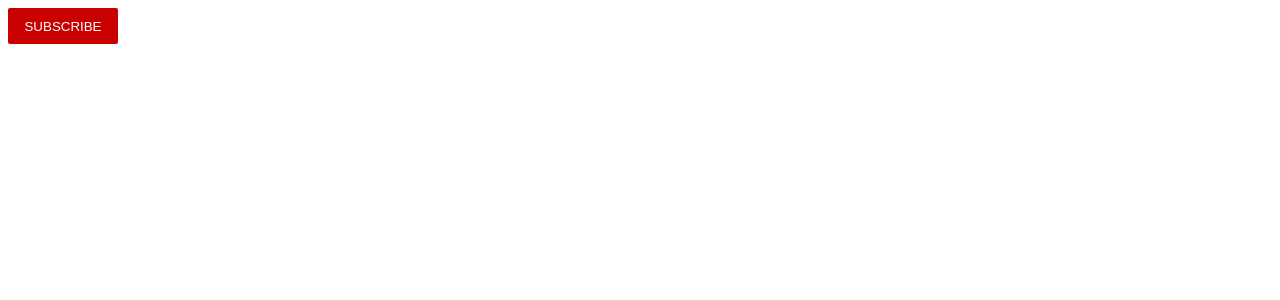
Repository: Kurumilli/Youtube
Page: buttons.html
The author's editor kept a copy of each file at every save. The page is drawn from the files as they stood at one save, then again after the next save.
The browser window is 1280 px wide. The pictures show the whole page.

Above is the page before, as saved 2025-01-23 20:02:20.

### buttons.html
<html>
<body>
<style>
.subscribe{
    background-color: rgb(200, 0, 0);
    border:none;
    color: white;
    height: 36px;
    width: 110px;
    border-radius: 2px;
    cursor: pointer;
}
</style>

<button class="subscribe">
    SUBSCRIBE
</button>


</body>
</html>

After the next save:
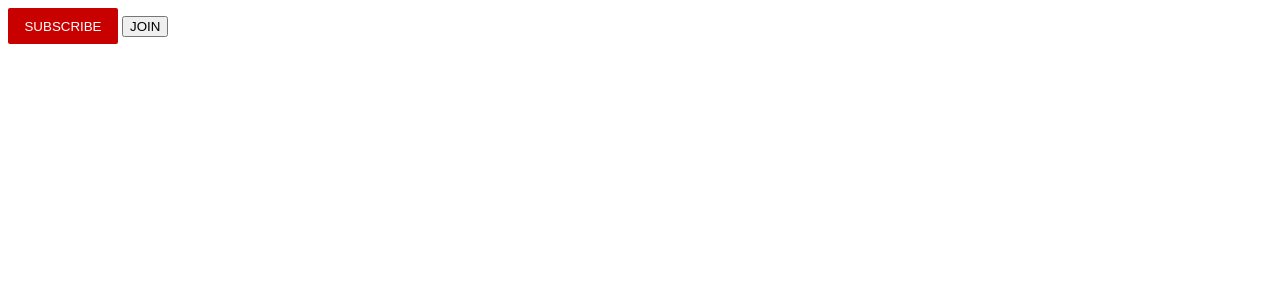
Saved 59 s later.
--- a/buttons.html
+++ b/buttons.html
@@ -10,12 +10,18 @@
     border-radius: 2px;
     cursor: pointer;
 }
+
+.join{
+
+}
 </style>
 
 <button class="subscribe">
     SUBSCRIBE
 </button>
 
-
+<button class="join">
+    JOIN
+</button>
 </body>
 </html>
